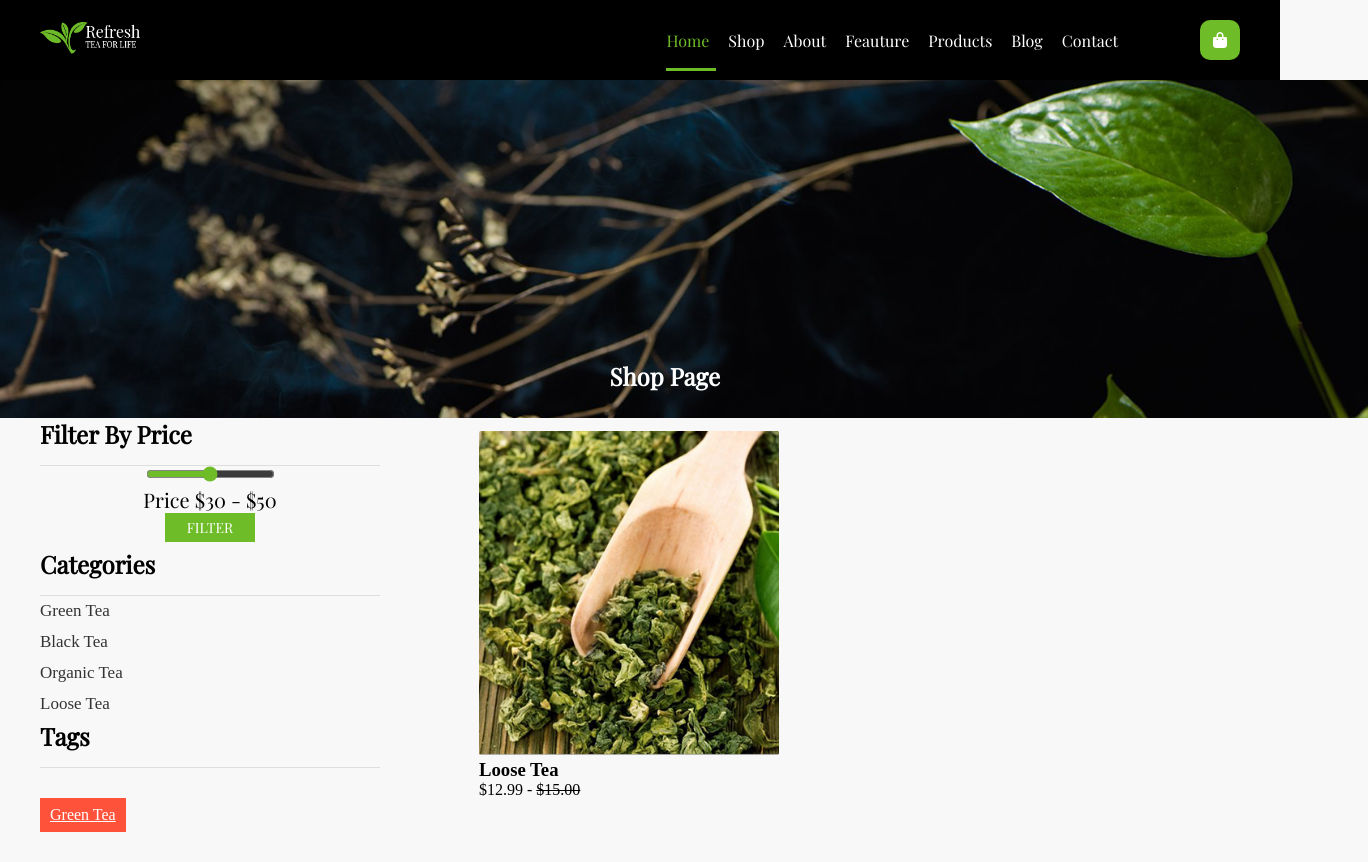
Repository: 52hzwhaleblue/school_teashop
Page: shop.html
An editor plug-in stored every save of this project. The page is shown before and after the next save, followed by the edit.
The browser window is 1280 px wide. The page is 1368 px wide, so the pictures cover 1368 px, including what lies to the right of the window. The pictures show the whole page.
Some web libraries are served in a nearby version.

Above is the page before, as saved 2022-04-29 18:53:12.

After the next save:
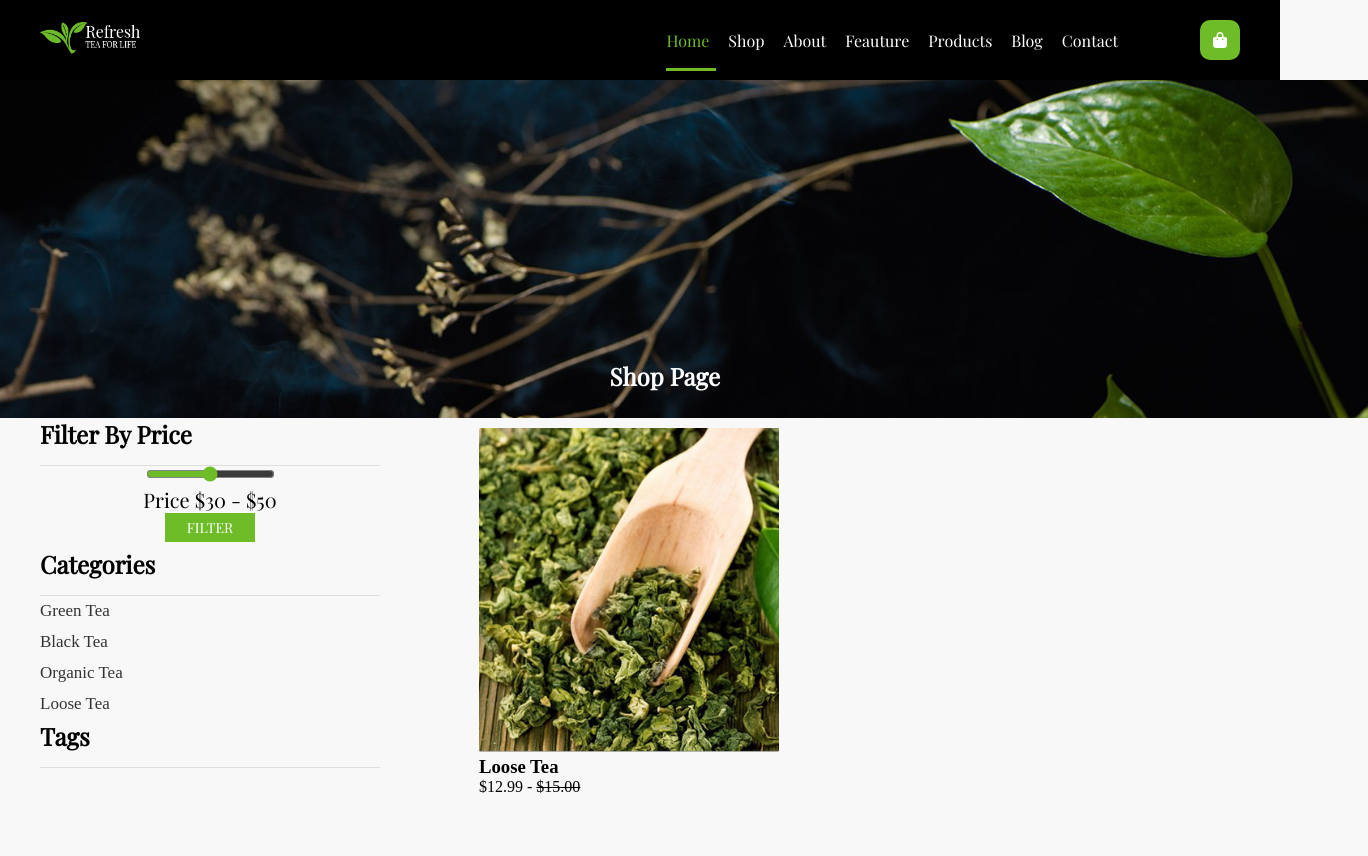
Saved 21 s later.
--- a/shop.html
+++ b/shop.html
@@ -107,7 +107,7 @@
                         </div>
                         <div class="category1">
                            <ul>
-                               <a href="btn" class="btn">Green Tea</a>
+                               <li></li>
                            </ul>
                         </div>
                     </div>

After the save that followed:
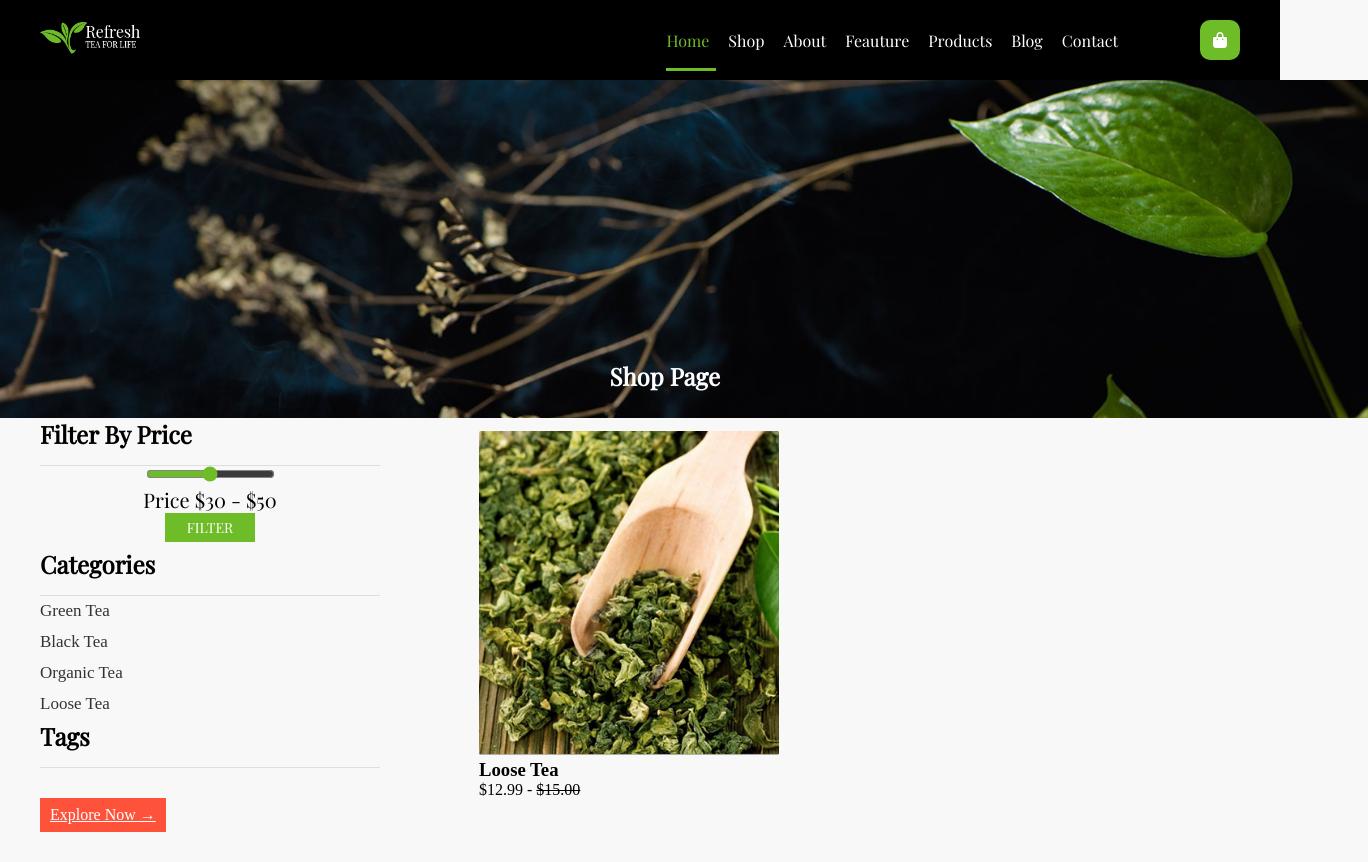
Saved 18 s later.
--- a/shop.html
+++ b/shop.html
@@ -107,7 +107,7 @@
                         </div>
                         <div class="category1">
                            <ul>
-                               <li></li>
+                               <li><a href="" class="btn">Explore Now &#8594;</a></li>
                            </ul>
                         </div>
                     </div>
